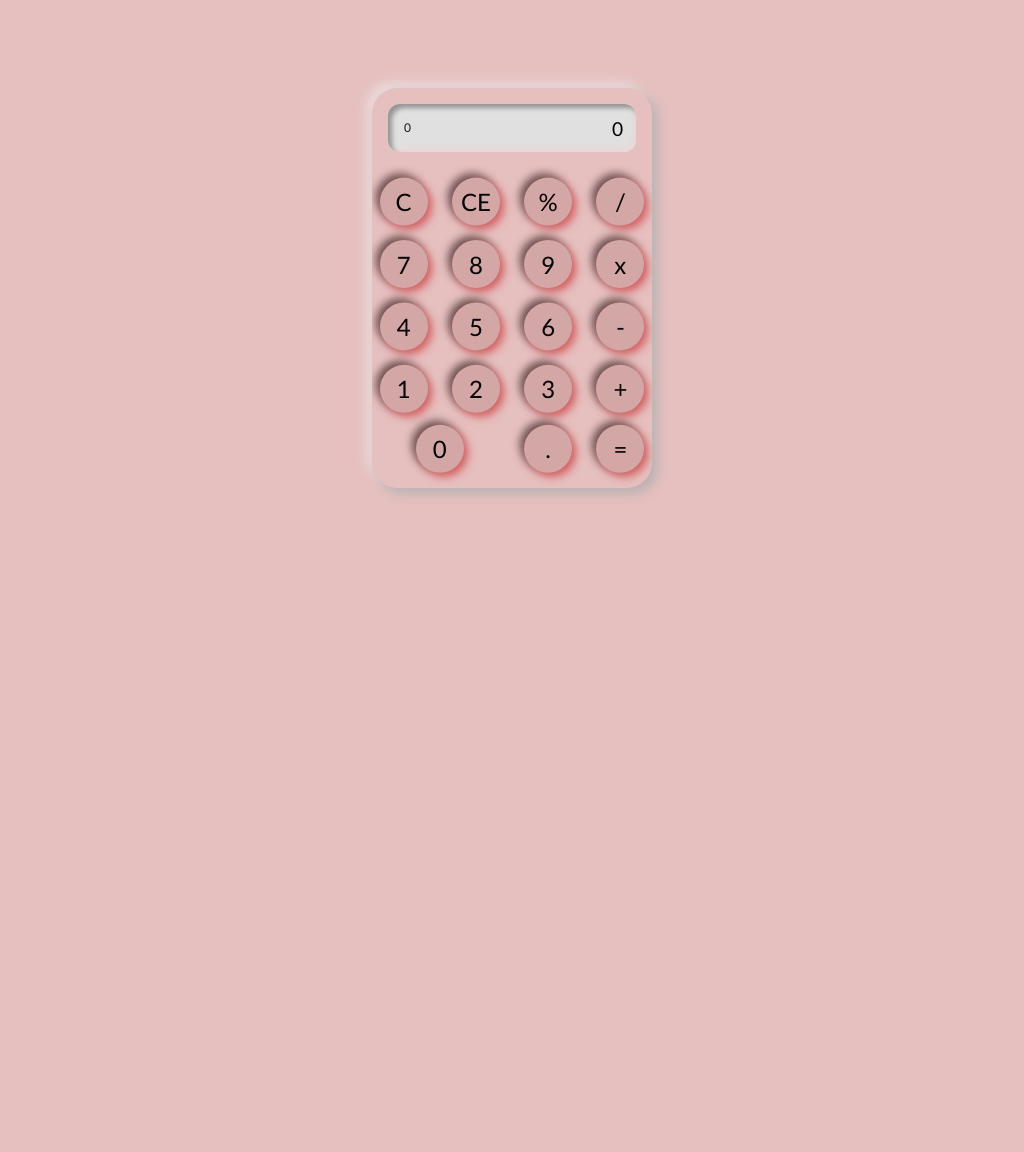
Repository: Goldmyn/Calculator
Page: index.html
The author's editor kept a copy of each file at every save. The page is drawn from the files as they stood at one save, then again after a run of saves.
The browser window is 1280 px wide. The pictures show the whole page, at 80% of full size.

Above is the page before, as saved 2022-09-28 04:31:35.

After the next 6 saves:
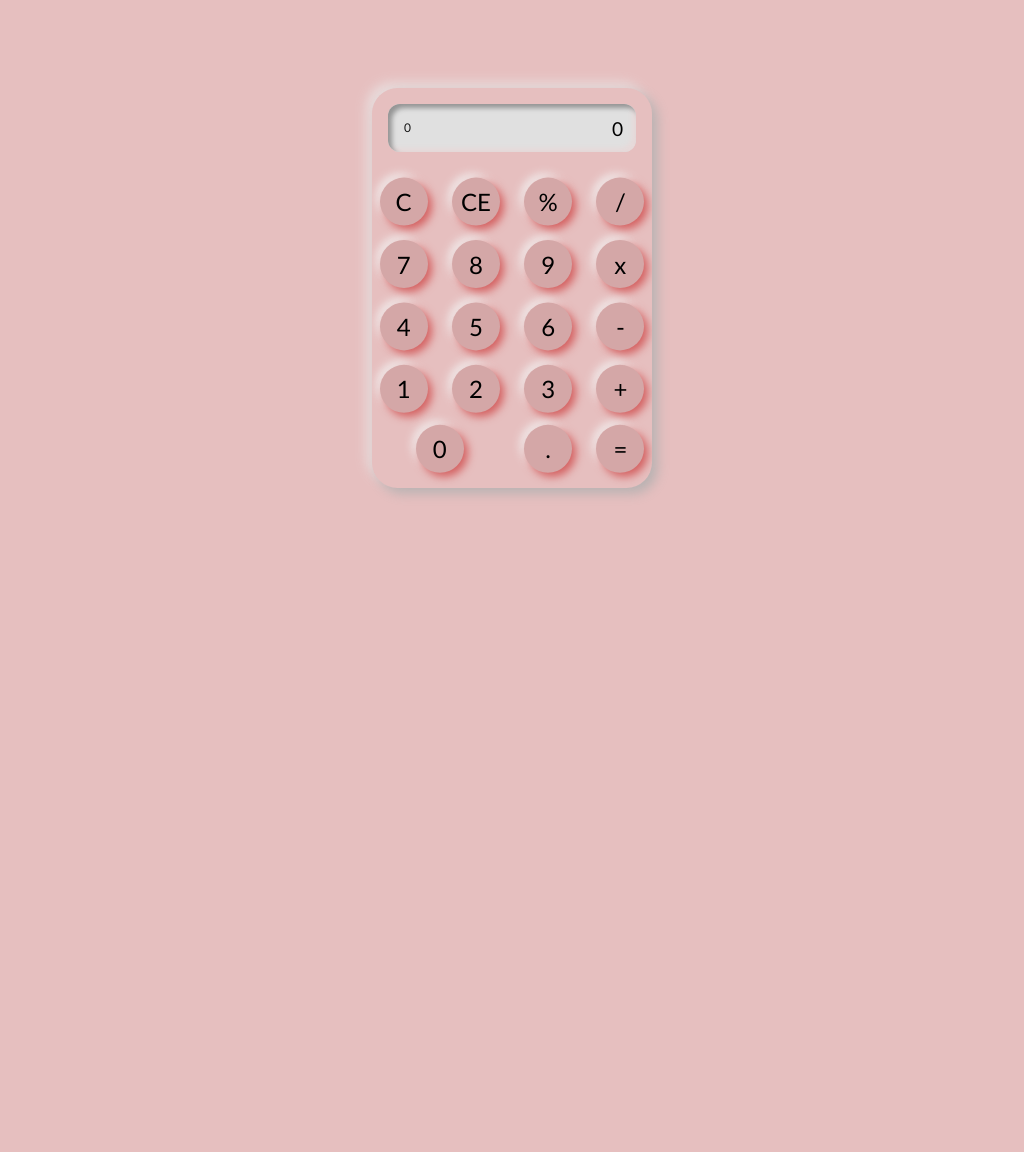
The 6 saves are shown as one change because they came seconds apart.
The last was saved 17 s later.
--- a/index.css
+++ b/index.css
@@ -81,7 +81,7 @@
     cursor: pointer;
     border-radius: 100px;
     background: #d4a7a7;
-    box-shadow: 5px 5px 11px #d45f5f, -5px -5px 11px #694d4d;
+    box-shadow: 5px 5px 11px #d45f5f, -5px -5px 11px #f0eaea;
   }
   .button:hover {
     background-color: rgb(30, 43, 46);

After the 5 saves that followed:
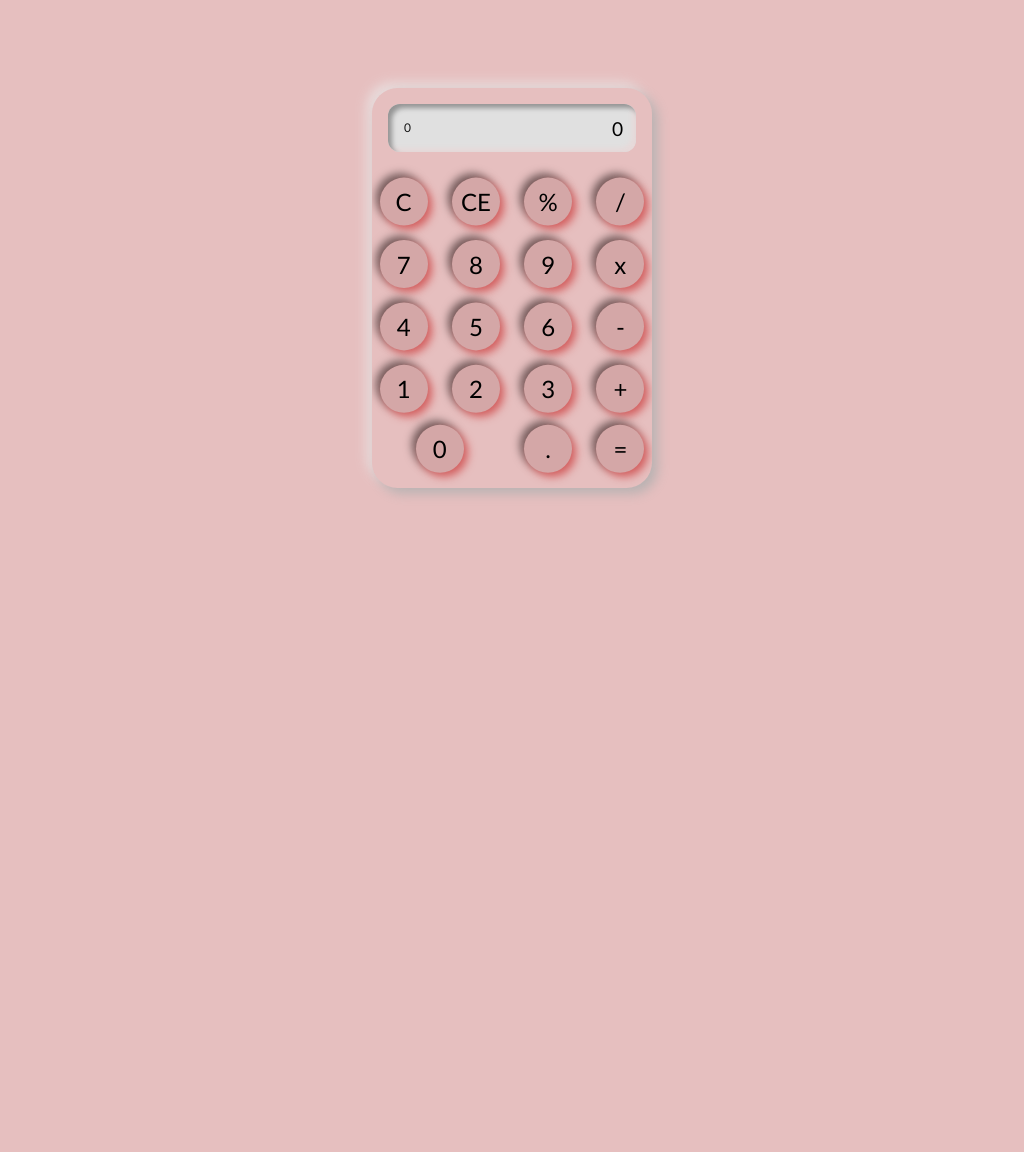
The 5 saves are shown as one change because they came seconds apart.
The last was saved 14 s later.
--- a/index.css
+++ b/index.css
@@ -81,7 +81,7 @@
     cursor: pointer;
     border-radius: 100px;
     background: #d4a7a7;
-    box-shadow: 5px 5px 11px #d45f5f, -5px -5px 11px #f0eaea;
+    box-shadow: 5px 5px 11px #d45f5f, -5px -5px 11px #705a5a;
   }
   .button:hover {
     background-color: rgb(30, 43, 46);
